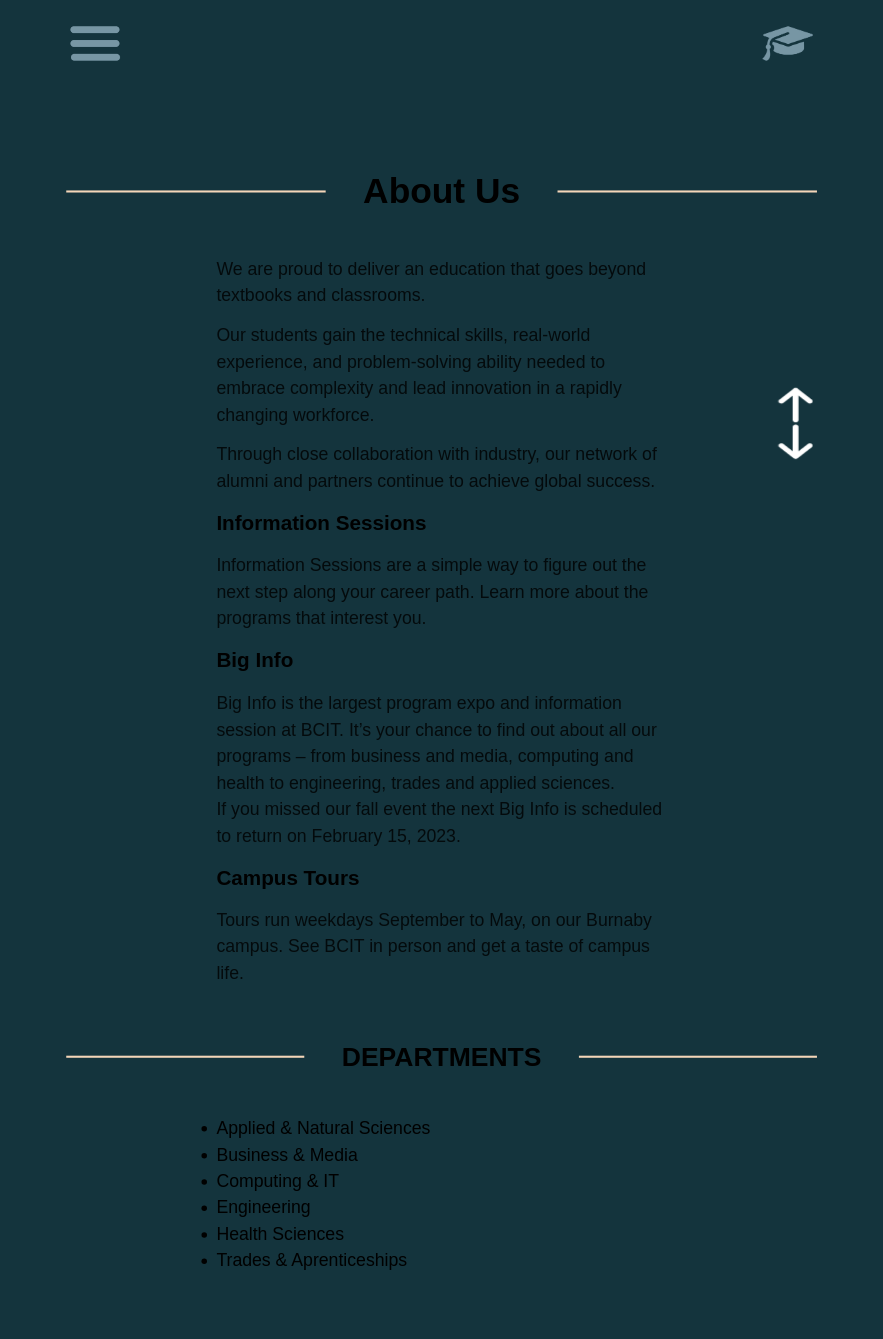
Repository: Kinakopan/playwright_bcit
Page: /about
An editor plug-in stored every save of this project. The page is shown before and after the next save, followed by the edit.
The browser window is 1280 px wide. The pictures show the whole page, at 69% of full size.
Some web fonts or font styles are not loaded; a fallback is used. The project was rebuilt for these pictures with package versions that can differ from the ones it lists, and the page was loaded fresh each time. The framework's server and built-in components were replaced by stand-ins that run in the browser. Also part of the build but not shown: next.config.js.

Above is the page before, as saved 2023-01-28 11:15:23.

### pages/_app.js
// import '@/styles/globals.css'
import '../styles/globals.css'
import '../styles/variables.css'
import Head from 'next/head'

export default function App({ Component, pageProps }) {
  return (
    <>
      <Head>
        <title>Example #1</title>
        <meta name="description" content="Generated by create next app" />
        <meta name="viewport" content="width=device-width, initial-scale=1" />
        <link href="https://fonts.googleapis.com/css2?family=Myriad+Pro:wght@100;400;700&display=swap" rel="stylesheet" />
        <link rel="icon" href="/favicon.ico" />
      </Head>
      <Component {...pageProps} />
    </>
  )
}

### pages/about.js
// export default function About() {
//   return (
//     <div>
//       <h1>About Page</h1>
//       <h1>About Page</h1>
//     </div>
//   )
// }


// import axios from 'axios'
import Link from 'next/link';
import styles from '@/styles/Home.module.css';
import Arrow from '/components/arrow';
import Navbar from '/components/navbar';
import { Inter } from '@next/font/google';
import { useState, useEffect } from 'react';

const inter = Inter({ subsets: ['latin'] })

export default function About() {

  return (
    <>
      <div
        className={styles.body_about}
        >
        <div className={styles.wrapper}>

          <Navbar/>

          {/* Main contents under nav bar */}
          <main className={styles.main}>

          {/* About Us */}
          <h1 className={styles.text_heading1}>
            About Us
          </h1>

          <div className={styles.cont_section}>
            <p className={styles.text_body}>
              We are proud to deliver an education that goes beyond textbooks and classrooms.
            </p>

            <p className={styles.text_body}>
              Our students gain the technical skills, real-world experience, and problem-solving ability needed to embrace complexity and lead innovation in a rapidly changing workforce.
            </p>

            <p className={styles.text_body}>
              Through close collaboration with industry, our network of alumni and partners continue to achieve global success.
            </p>

            <h3 className={styles.text_heading2}>
              Information Sessions
            </h3>

            <p className={styles.text_body}>
              Information Sessions are a simple way to figure out the next step along your career path. Learn more about the programs that interest you.
            </p>

            <h3 className={styles.text_heading2}>
              Big Info
            </h3>

            <p className={styles.text_body}>
              Big Info is the largest program expo and information session at BCIT. It’s your chance to find out about all our programs – from business and media, computing and health to engineering, trades and applied sciences.<br/>

              If you missed our fall event the next Big Info is scheduled to return on February 15, 2023.
            </p>

            <h3 className={styles.text_heading2}>
              Campus Tours
            </h3>

            <p className={styles.text_body}>
              Tours run weekdays September to May, on our Burnaby campus. See BCIT in person and get a taste of campus life.
            </p>
          </div>

          {/* DEPARTMENTS */}
          <h2 className={styles.text_heading1}>
            DEPARTMENTS
          </h2>

          <div className={styles.cont_section}>

            <ul>
              <li>
                Applied & Natural Sciences
              </li>
              <li>
                Business & Media
              </li>
              <li>
                Computing & IT
              </li>
              <li>
                Engineering
              </li>
              <li>
                Health Sciences
              </li>
              <li>
                Trades & Aprenticeships
              </li>
            </ul>
          </div>


          </main>

          <Arrow/>

        </div>
      </div>
    </>
  )
}

### styles/variables.css
:root {
  --primary-color: |#fff;
  --secondary-color: #F4D6B9;
  --ternary-color: #7796A4;
  --quaternary-color: #14343D;
  --quinary-color: rgba(16,46,53,0.5);
}

### styles/Home.module.css
@import '/styles/variables.css';

.main {
  display: flex;
  flex-direction: column;
  justify-content: space-between;
  align-items: center;
  padding: 6rem;
  min-height: 100vh;
}

.description {
  display: inherit;
  justify-content: inherit;
  align-items: inherit;
  font-size: 0.85rem;
  max-width: var(--max-width);
  width: 100%;
  z-index: 2;
  font-family: var(--font-mono);
}

.description a {
  display: flex;
  justify-content: center;
  align-items: center;
  gap: 0.5rem;
}

.description p {
  position: relative;
  margin: 0;
  padding: 1rem;
  background-color: rgba(var(--callout-rgb), 0.5);
  border: 1px solid rgba(var(--callout-border-rgb), 0.3);
  border-radius: var(--border-radius);
}

.code {
  font-weight: 700;
  font-family: var(--font-mono);
}

.grid {
  display: grid;
  grid-template-columns: repeat(4, minmax(25%, auto));
  width: var(--max-width);
  max-width: 100%;
}

.card {
  padding: 1rem 1.2rem;
  border-radius: var(--border-radius);
  background: rgba(var(--card-rgb), 0);
  border: 1px solid rgba(var(--card-border-rgb), 0);
  transition: background 200ms, border 200ms;
}

.card span {
  display: inline-block;
  transition: transform 200ms;
}

.card h2 {
  font-weight: 600;
  margin-bottom: 0.7rem;
}

.card p {
  margin: 0;
  opacity: 0.6;
  font-size: 0.9rem;
  line-height: 1.5;
  max-width: 30ch;
}

.center {
  display: flex;
  justify-content: center;
  align-items: center;
  position: relative;
  padding: 4rem 0;
}

.center::before {
  background: var(--secondary-glow);
  border-radius: 50%;
  width: 480px;
  height: 360px;
  margin-left: -400px;
}

.center::after {
  background: var(--primary-glow);
  width: 240px;
  height: 180px;
  z-index: -1;
}

.center::before,
.center::after {
  content: '';
  left: 50%;
  position: absolute;
  filter: blur(45px);
  transform: translateZ(0);
}

.logo,
.thirteen {
  position: relative;
}

.thirteen {
  display: flex;
  justify-content: center;
  align-items: center;
  width: 75px;
  height: 75px;
  padding: 25px 10px;
  margin-left: 16px;
  transform: translateZ(0);
  border-radius: var(--border-radius);
  overflow: hidden;
  box-shadow: 0px 2px 8px -1px #0000001a;
}

.thirteen::before,
.thirteen::after {
  content: '';
  position: absolute;
  z-index: -1;
}

/* Conic Gradient Animation */
.thirteen::before {
  animation: 6s rotate linear infinite;
  width: 200%;
  height: 200%;
  background: var(--tile-border);
}

/* Inner Square */
.thirteen::after {
  inset: 0;
  padding: 1px;
  border-radius: var(--border-radius);
  background: linear-gradient(
    to bottom right,
    rgba(var(--tile-start-rgb), 1),
    rgba(var(--tile-end-rgb), 1)
  );
  background-clip: content-box;
}

/* Enable hover only on non-touch devices */
@media (hover: hover) and (pointer: fine) {
  .card:hover {
    background: rgba(var(--card-rgb), 0.1);
    border: 1px solid rgba(var(--card-border-rgb), 0.15);
  }

  .card:hover span {
    transform: translateX(4px);
  }
}

@media (prefers-reduced-motion) {
  .thirteen::before {
    animation: none;
  }

  .card:hover span {
    transform: none;
  }
}

/* Mobile */
@media (max-width: 700px) {
  .content {
    padding: 4rem;
  }

  .grid {
    grid-template-columns: 1fr;
    margin-bottom: 120px;
    max-width: 320px;
    text-align: center;
  }

  .card {
    padding: 1rem 2.5rem;
  }

  .card h2 {
    margin-bottom: 0.5rem;
  }

  .center {
    padding: 8rem 0 6rem;
  }

  .center::before {
    transform: none;
    height: 300px;
  }

  .description {
    font-size: 0.8rem;
  }

  .description a {
    padding: 1rem;
  }

  .description p,
  .description div {
    display: flex;
    justify-content: center;
    position: fixed;
    width: 100%;
  }

  .description p {
    align-items: center;
    inset: 0 0 auto;
    padding: 2rem 1rem 1.4rem;
    border-radius: 0;
    border: none;
    border-bottom: 1px solid rgba(var(--callout-border-rgb), 0.25);
    background: linear-gradient(
      to bottom,
      rgba(var(--background-start-rgb), 1),
      rgba(var(--callout-rgb), 0.5)
    );
    background-clip: padding-box;
    backdrop-filter: blur(24px);
  }

  .description div {
    align-items: flex-end;
    pointer-events: none;
    inset: auto 0 0;
    padding: 2rem;
    height: 200px;
    background: linear-gradient(
      to bottom,
      transparent 0%,
      rgb(var(--background-end-rgb)) 40%
    );
    z-index: 1;
  }
}

/* Tablet and Smaller Desktop */
@media (min-width: 701px) and (max-width: 1120px) {
  .grid {
    grid-template-columns: repeat(2, 50%);
  }
}

@media (prefers-color-scheme: dark) {
  .vercelLogo {
    filter: invert(1);
  }

  .logo,
  .thirteen img {
    filter: invert(1) drop-shadow(0 0 0.3rem #ffffff70);
  }
}

@keyframes rotate {
  from {
    transform: rotate(360deg);
  }
  to {
    transform: rotate(0deg);
  }
}



/*****************************
******************************
            AUTHOR
******************************
*****************************/

/*============================
    From here - Common Style
============================*/
/* From here - components/navbar.js */
.nav {
  display: flex;
  flex-direction: row;
  justify-content: space-between;
  width: 100%;
  padding: 3% 8% 0 8%;
}

.burgar,
.hat {
  width: fit-content;
}

/* From here - components/arrow.js */
.arrowBox {
  flex: 1;
  display: flex;
  flex-direction: column;
  justify-content: space-between;
  align-items: flex-end;
  position: fixed;
  width: fit-content;
  height: 12%;
  right: 8%;
  bottom: 10%;
}

.arrowBox * {
  background: transparent;
  border: none;
}

/* From here - general */
.body_home,
.body_about,
.body_contact,
.wrapper {
  display: flex;
  flex-direction: column;
  width: 100vw;
}

.body_home,
.body_about,
.body_contact {
  /* font-size: 62.5%; */
  background-size: cover;
  background-position: center;
  background-repeat: no-repeat;
  line-height: 1.5;
  font-family: 'Myriad Pro', sans-serif;
  font-weight: 100;
  text-align: left;
}

.wrapper {
  font-size: 1.6rem;
  background-size: cover;
}

.main {
  display: flex;
  width: 100%;
}

/* .text_heading_h1 {

}

.text_heading_h2 {

} */
/*============================
    From here - Home Page
============================*/
.body_home {
  height: 100vh;
  overflow: hidden;
}

.body_home .main {
  flex-direction: row;
  justify-content: flex-start;
  align-items: flex-end;
  padding: 0 0 12% 21%;
}

.body_home .cont_main {
  display: flex;
  flex-direction: column;
  width: 48%;
}

.body_home .cont_main * {
  color: var(--primary-color);
}

.body_home .text_heading1 {
  font-family: 'Myriad Pro', sans-serif;
  /* font-size: 3.6rem; */
  font-size: 220%;
  line-height: 1.3;
  padding-bottom: 3%;
  margin-bottom: 3%;
  border-bottom: 4px solid;
  border-image: linear-gradient(to right, rgba(244,214,185,1) 0%, rgba(244,214,185,1) 69%, rgba(244,214,185,0) 69%, rgba(244,214,185,0) 100%) 1;
}

.body_home .text_body,
.body_home .box_btn * {
  opacity: .9;
}

.body_home .box_btn {
  display: flex;
  flex-direction: row;
}

.body_home .box_btn * {
  font-size: 1.4rem;
  background: transparent;
  padding: .3% 3%;
  border: 3px solid;
  border-color: var(--primary-color);
  border-radius: 10px;
  margin: 3% 2.5% 0 0;
}

.body_home .btn_about:hover {
  color: transparent;
  background: white;
}

/*============================
    From here - About Page
============================*/
.body_about {
  background: var(--quaternary-color);
}

/* .body_about .main {

} */

.body_about .text_heading1 {
  display: flex;
  align-items: center;
  width: 100%;
  padding: 5% 0;
}

.body_about .text_heading1:before,
.body_about .text_heading1:after {
  content: "";
  height: 3px;
  flex-grow: 1;
  background: var(--secondary-color);
}

.body_about .text_heading1:before {
  margin-right: 5%;
}

.body_about .text_heading1:after {
  margin-left: 5%;
}

.body_about .cont_section {
  display: flex;
  flex-direction: column;
  justify-content: flex-start;
  width: 60%;
}

.body_about .text_heading2,
.body_about .text_body {
  margin-bottom: 3%;
}

.body_about .text_heading2 {
  justify-content: flex-start;
}

.body_about .text_body {
  opacity: .8;
}

/*============================
    From here - Contact Page
============================*/

### components/arrow.js
import Image from 'next/image';
import styles from '@/styles/Home.module.css';

export default function Arrow() {
  return (
    <div className={styles.arrowBox}>
      <button
        className={styles.arrowDown}
        onClick={() => setUpArrowClicked(true)}
      >
        <Image
          src='/icons/upwardArrow.png'
          alt="Upward arrow icon"
          width={50}
          height={50}
        />
      </button>

      <button
        className={styles.arrowDown}
        onClick={() => setDownArrowClicked(true)}
      >
        <Image
          src='/icons/downwardArrow.png'
          alt="Downward arrow icon"
          width={50}
          height={50}
        />
      </button>
    </div>
  )
}

### components/navbar.js
import Image from 'next/image';
import styles from '@/styles/Home.module.css';

export default function Navbar() {
  return (
    <nav className={styles.nav}>
      <Image
        className={styles.burgar}
        src='/icons/menu-icon.png'
        alt="menu icon"
        width={50}
        height={50}
      />
      <Image
        className={styles.hat}
        src='/icons/graduation-hat.png'
        alt="Graduation hat icon"
        width={50}
        height={50}
      />
    </nav>
  )
}

Loaded but not shown: pages/_document.js (common file); styles/globals.css (common file)

After the next save:
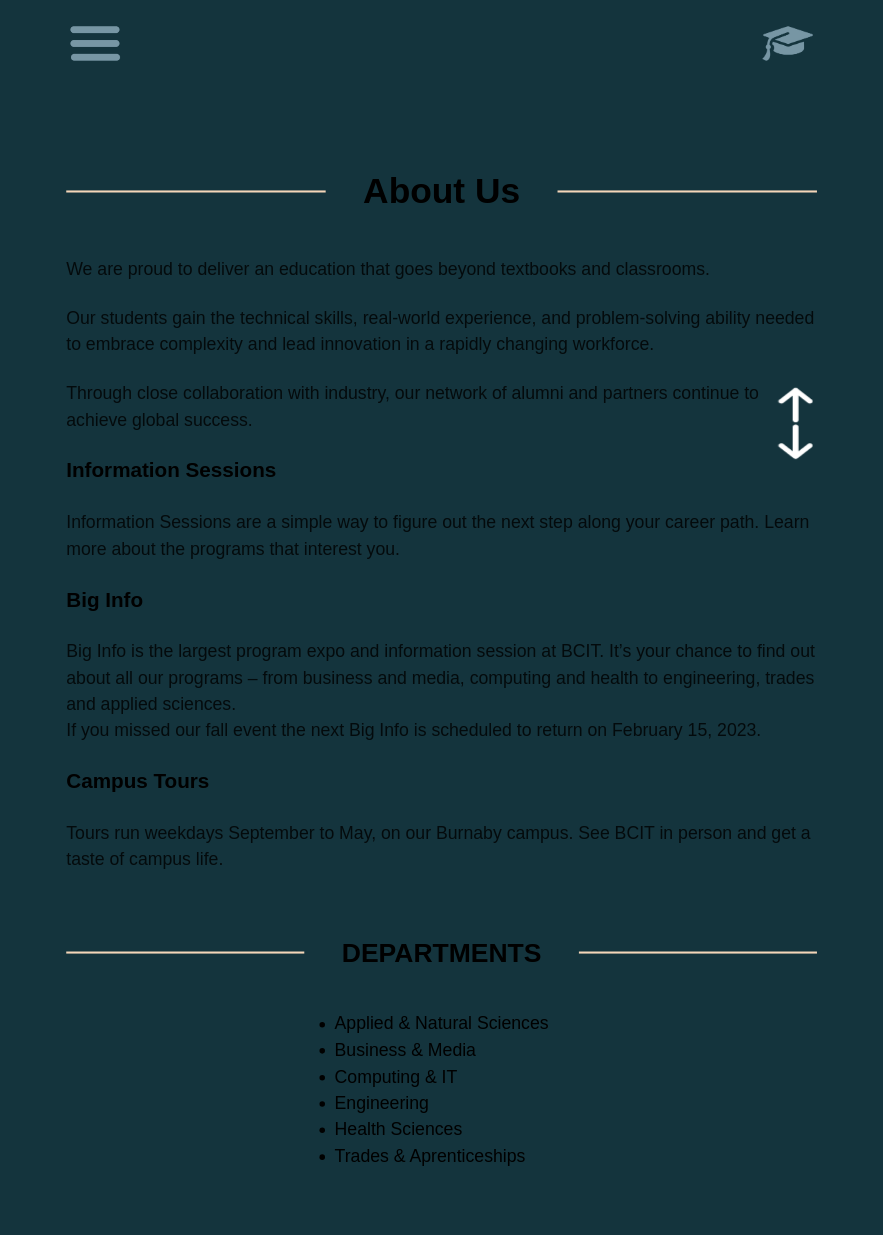
Saved 94 s later.
--- a/pages/about.js
+++ b/pages/about.js
@@ -37,7 +37,7 @@
             About Us
           </h1>
 
-          <div className={styles.cont_section}>
+          <div className={styles.cont_section1}>
             <p className={styles.text_body}>
               We are proud to deliver an education that goes beyond textbooks and classrooms.
             </p>
@@ -82,8 +82,7 @@
             DEPARTMENTS
           </h2>
 
-          <div className={styles.cont_section}>
-
+          <div className={styles.cont_section2}>
             <ul>
               <li>
                 Applied & Natural Sciences

After the save that followed:
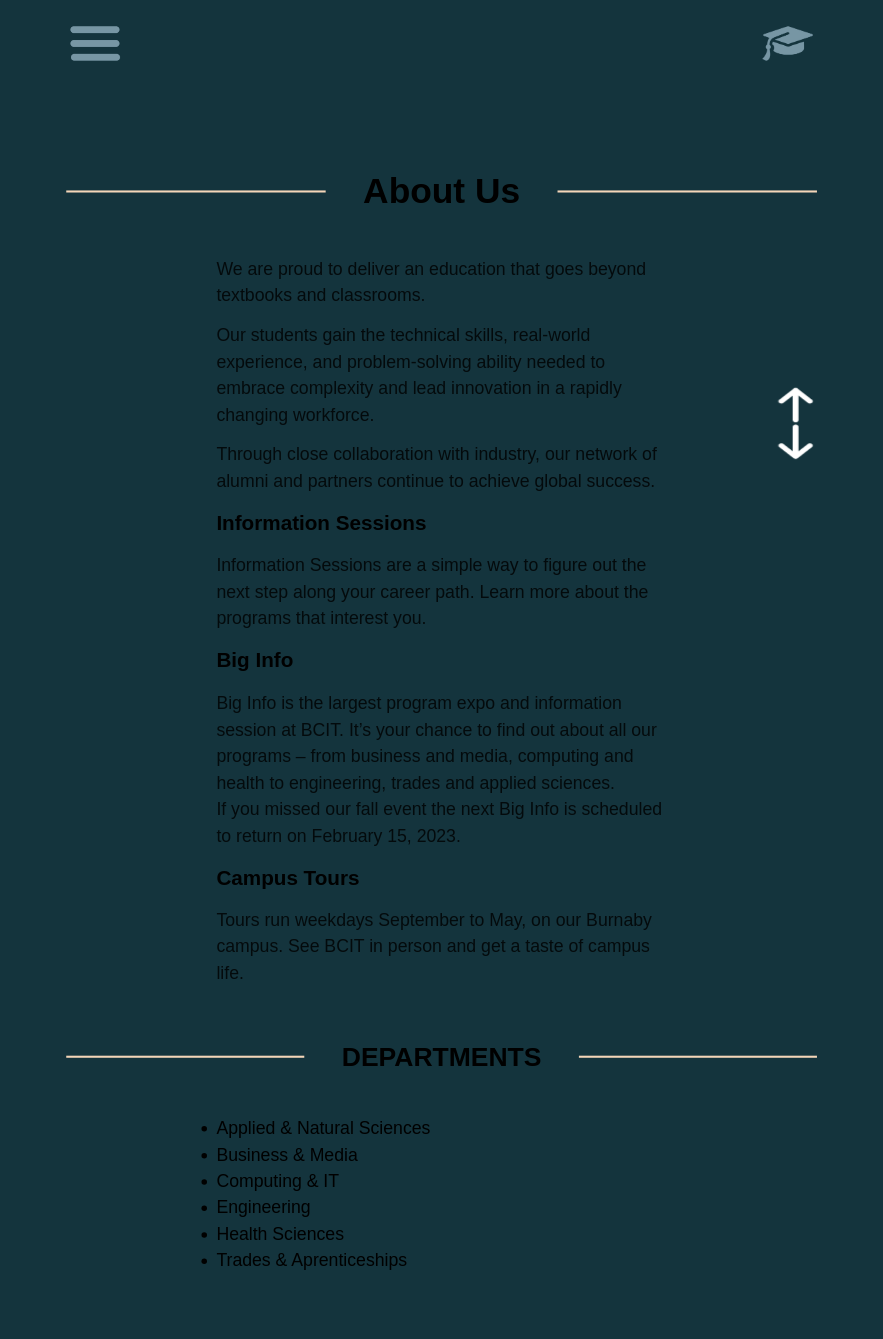
Saved 16 s later.
--- a/styles/Home.module.css
+++ b/styles/Home.module.css
@@ -458,7 +458,8 @@
   margin-left: 5%;
 }
 
-.body_about .cont_section {
+.body_about .cont_section1,
+.body_about .cont_section2 {
   display: flex;
   flex-direction: column;
   justify-content: flex-start;
